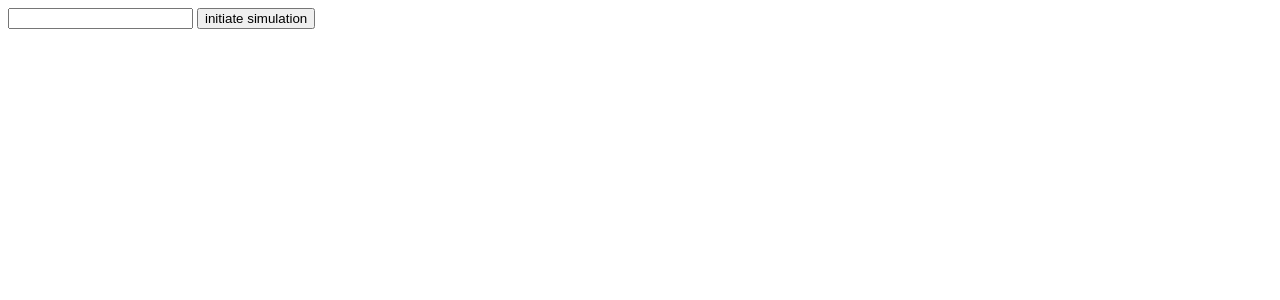
Repository: NeroVanbiervliet/newbeurs-web-terminated
Page: BeursWebApp/WebContent/test.html
An editor plug-in stored every save of this project. The page is shown before and after the next save, followed by the edit.
The browser window is 1280 px wide. The pictures show the whole page.
Some web libraries are served in a nearby version.

Above is the page before, as saved 2015-09-27 18:56:23.

After the next save:
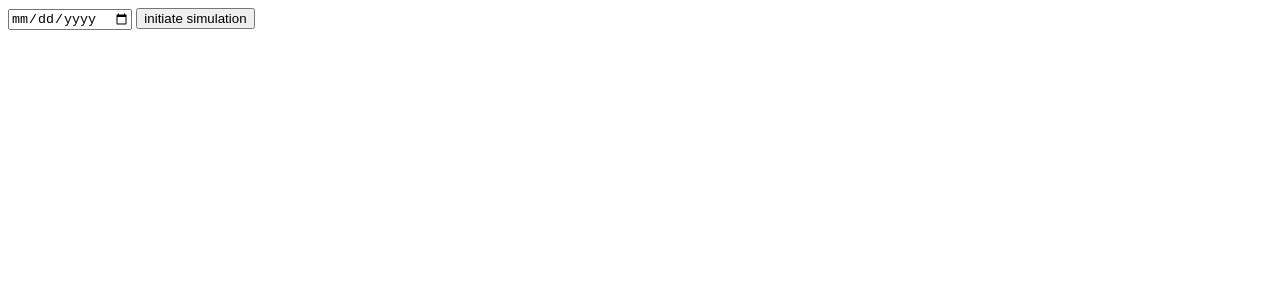
Saved 12 h 8 min later.
--- a/BeursWebApp/WebContent/test.html
+++ b/BeursWebApp/WebContent/test.html
@@ -19,7 +19,7 @@
 </head>
 <body>
 <form id="simulationForm" action="launch_simulation.jsp">
-	<input name="brol" type="text">
+	<input name="datum" type="date">
 	<input type="submit" id="dong" value="initiate simulation">
 </form>
 
